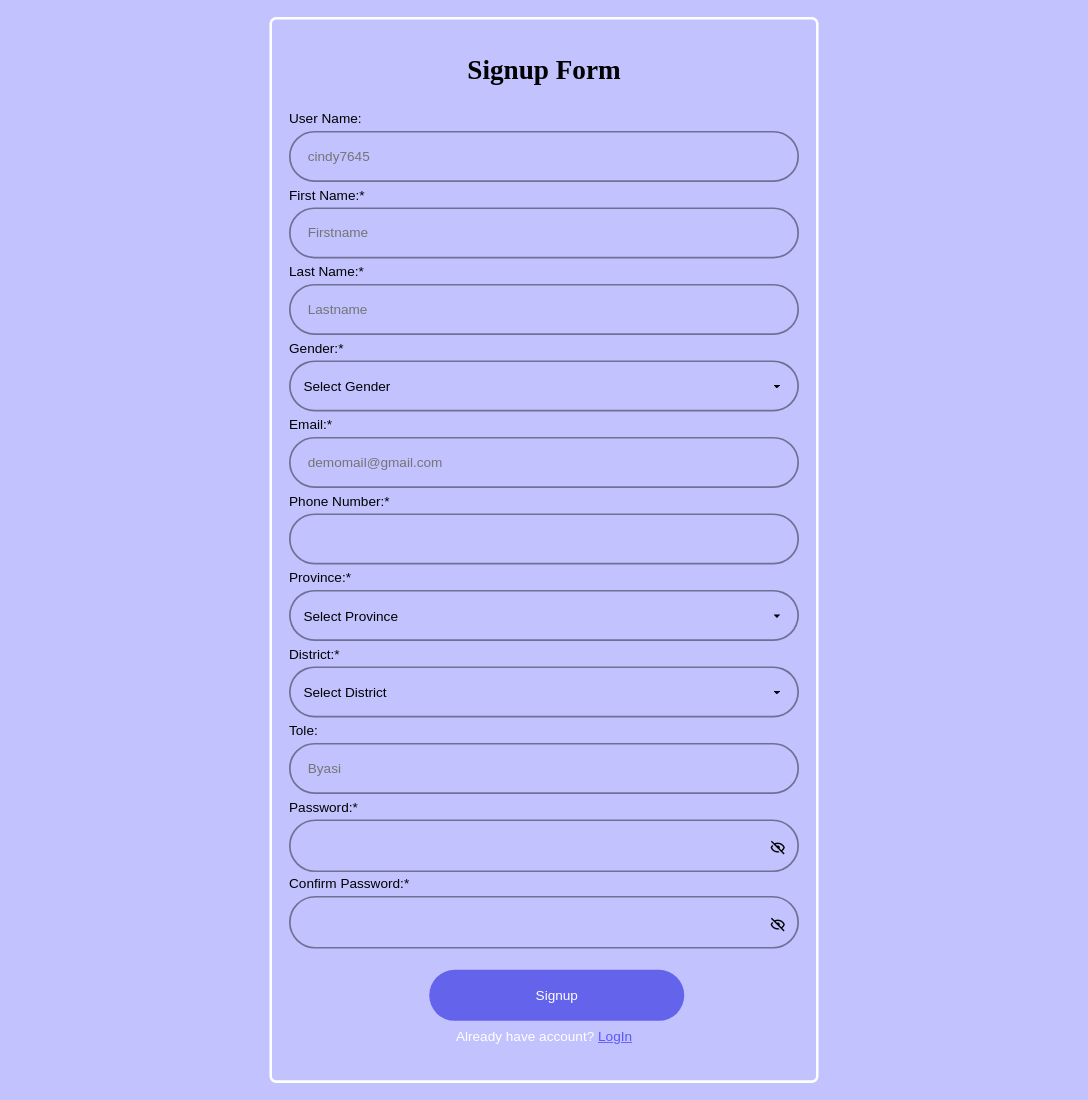
Repository: cindrellakoju/Animestore
Page: html css/signup.html
The author's editor kept a copy of each file at every save. The page is drawn from the files as they stood at one save, then again after the next save.
The browser window is 1280 px wide. The pictures show the whole page, at 85% of full size.

Above is the page before, as saved 2024-04-07 01:37:55.

### html css/signup.html
<!DOCTYPE html>
<html lang="en">
<head>
  <meta charset="UTF-8">
  <meta name="viewport" content="width=device-width, initial-scale=1.0">
  <title>Signup Page</title>
  <link href='https://unpkg.com/boxicons@2.1.4/css/boxicons.min.css' rel='stylesheet'>
  <link rel="stylesheet" href="signup.css">
</head>
<body>
  <div class="container">
    <h1>Signup Form</h1>
    <form>
      <div class="signupform">
        <label for="username">User Name:</label>
        <input type="text" id="username" name="username" placeholder="cindy7645">
      </div>
      <div class="signupform">
        <label for="firstname">First Name:<span class="required">*</span></label>
        <input type="text" id="firstname" name="firstname" placeholder="Firstname">
      </div>
      <div class="signupform">
        <label for="lastname">Last Name:<span class="required">*</span></label>
        <input type="text" id="lastname" name="lastname" placeholder="Lastname" required>
      </div>
      <div class="signupform">
        <label for="gender">Gender:<span class="required">*</span></label>
        <div class="custom-select">
            <select id="gender" name="gender" required>
                <option value="">Select Gender</option>
                <option value="male">Male</option>
                <option value="female">Female</option>
                <option value="other">Other</option>
            </select>
        </div>
    </div>

      <div class="signupform">
        <label for="email">Email:<span class="required">*</span></label>
        <input type="email" id="email" name="email" placeholder="demomail@gmail.com" required>
      </div>
      <div class="signupform">
        <label for="phone">Phone Number:<span class="required">*</span></label>
        <input type="text" id="phone" name="phone" required>
      </div>
      <div class="signupform">
        <label for="province">Province:<span class="required">*</span></label>
        <div class="custom-select">
          <select id="province" name="province" onchange="populateDistricts()" required>
            <option value="">Select Province</option>
            <option value="1">Province 1</option>
            <option value="2">Province 2</option>
            <option value="3">Bagmati Province</option>
            <option value="4">Gandaki Province</option>
            <option value="5">Lumbini Province</option>
            <option value="6">Karnali Province</option>
            <option value="7">Sudurpashchim Province</option>
          </select>
        </div>
      </div>
      <div class="signupform">
        <label for="district">District:<span class="required">*</span></label>
        <div class="custom-select">
            <select id="district" name="district" required>
                <option value="">Select District</option>
            </select>
        </div>
      </div>

      <div class="signupform">
        <label for="tole">Tole:</label>
        <input type="text" id="tole" name="tole" placeholder="Byasi" required>
      </div>
      <div class="signupform">
        <label for="password">Password:<span class="required">*</span></label>
        <div class="password-input-container">
            <input type="password" spellcheck="false" id="password" name="password" required>
            <i class='bx bx-hide toggle' id="passwordToggle"></i>
        </div>
    </div>

    <div class="signupform">
        <label for="confirmpassword">Confirm Password:<span class="required">*</span></label>
        <div class="password-input-container">
            <input type="password" spellcheck="false" id="confirmpassword" name="confirmpassword" required>
            <i class='bx bx-hide toggle' id="confirmPasswordToggle"></i>
        </div>
    </div>

      <div class="signupform">
        <button type="submit">Signup</button>
      </div>
    <h4>Already have account?  <a href="login.html">LogIn</a></h4>
    </form>
  </div>
  <script>
    function populateDistricts() {
      var provinceSelect = document.getElementById("province");
      var districtSelect = document.getElementById("district");

      // Clear existing options
      districtSelect.innerHTML = "";

      // Add default option
      var defaultOption = document.createElement("option");
      defaultOption.text = "Select District";
      districtSelect.add(defaultOption);

      // Get selected province
      var selectedProvince = provinceSelect.value;

      // Add districts based on selected province
      switch (selectedProvince) {
        case "1":
          addDistrict("Bhojpur");
          addDistrict("Dhankuta");
          addDistrict("Ilam");
          addDistrict("Jhapa");
          addDistrict("Khotang");
          break;
        case "2":
          addDistrict("Saptari");
          addDistrict("Siraha");
          addDistrict("Dhanusha");
          addDistrict("Mahottari");
          addDistrict("Sarlahi");
          break;
        case "3":
          addDistrict("Kathmandu");
          addDistrict("Lalitpur");
          addDistrict("Bhaktapur");
          addDistrict("Kavrepalanchok");
          addDistrict("Nuwakot");
          break;
        case "4":
          addDistrict("Gorkha");
          addDistrict("Lamjung");
          addDistrict("Tanahun");
          addDistrict("Manang");
          addDistrict("Mustang");
          break;
        case "5":
          addDistrict("Rupandehi");
          addDistrict("Kapilvastu");
          addDistrict("Nawalparasi");
          addDistrict("Arghakhanchi");
          addDistrict("Gulmi");
          break;
        case "6":
          addDistrict("Jumla");
          addDistrict("Kalikot");
          addDistrict("Surkhet");
          addDistrict("Dailekh");
          addDistrict("Jajarkot");
          break;
        case "7":
          addDistrict("Kailali");
          addDistrict("Kanchanpur");
          addDistrict("Dadeldhura");
          addDistrict("Darchula");
          addDistrict("Baitadi");
          break;
        default:
          break;
      }
    }

    function addDistrict(districtName) {
      var districtSelect = document.getElementById("district");
      var option = document.createElement("option");
      option.text = districtName;
      districtSelect.add(option);
    }

    document.addEventListener("DOMContentLoaded", function() {
    const passwordToggle = document.getElementById("passwordToggle");
    const confirmPasswordToggle = document.getElementById("confirmPasswordToggle");
    const passwordInput = document.getElementById("password");
    const confirmPasswordInput = document.getElementById("confirmpassword");

    passwordToggle.addEventListener("click", () => {
        if (passwordInput.type === "password") {
            passwordInput.type = "text";
            passwordToggle.classList.replace("bx-hide", "bx-show");
        } else {
            passwordInput.type = "password";
            passwordToggle.classList.replace("bx-show", "bx-hide");
        }
    });

    confirmPasswordToggle.addEventListener("click", () => {
        if (confirmPasswordInput.type === "password") {
            confirmPasswordInput.type = "text";
            confirmPasswordToggle.classList.replace("bx-hide", "bx-show");
        } else {
            confirmPasswordInput.type = "password";
            confirmPasswordToggle.classList.replace("bx-show", "bx-hide");
        }
      });
    });


  </script>
</body>
</html>

### html css/signup.css
/* General Styles */
body {
    font-family: Arial, sans-serif;
    margin: 0;
    padding: 20px;
    /* background-color: #f4f4f4; */
    min-height: 100vh;
    background-color: rgb(194, 194, 255);
  }

  .container {
    max-width: 600px;
    margin: 0 auto;
    /* background: #fff; */
    padding: 20px;
    border-radius: 8px;
    /* box-shadow: 0 2px 5px rgba(0, 0, 0, 0.1); */
    border: 3px solid white ;
  }

  h1 {
    font-size: 36;
    text-align: center;
    font-family: 'Times New Roman', Times, serif;
  }

  .signupform {
  position: relative;
  width: 100%;
  height: 60px;
  margin: 30px 0;
  justify-content: center;
  }

  label {
    display: block;
    margin-bottom: 5px;
    position: relative;
  }
  .label-text {
      display: inline-block;
  }

  .label-text .required {
  color: red;
  font-weight: bold;
  margin-left: 5px;
  }

  input[type="text"],
  input[type="email"],
  select,
  input[type="password"] {
  width: 100%;
  padding: 20px 45px 20px 20px;
  height: 100%;
  border: none;
  outline: none;
  background: transparent ;
  border: 2px solid rgba(0, 0, 0, 0.422);
  font-size: 16px;
  border-radius: 40px;
  box-sizing: border-box;
  }
  /* Dark border and label color on hover */
  .signupform input:hover,
  .signupform input:focus {
  border-color: #333; /* Dark border color on hover and focus */
  }

  /* Default styling for select box */
  .custom-select {
    position: relative;
    width: 100%;
    height: 100%;
  }

  .custom-select select {
    appearance: none; /* Remove default arrow in Firefox */
    -webkit-appearance: none; /* Remove default arrow in WebKit/Blink */
    -moz-appearance: none; /* Remove default arrow in older Firefox */
    padding: 15px; /* Adjust as needed */
    border: 2px solid rgba(0, 0, 0, 0.422);
    border-radius: 40px;
    background-color: transparent;
    cursor: pointer;
    width: 100%;
    font-size: 16px;
    box-sizing: border-box;
    outline: none; /* Remove focus outline */
    /* Use a custom arrow as background */
    background-image: url('data:[embedded picture, 163 characters]');
    background-repeat: no-repeat;
    background-position: calc(100% - 20px) center; /* Move arrow to the right */
    padding-right: 25px; /* Space for arrow */
  }

  /* Hover effect for custom arrow */
  .custom-select:hover select {
    border-color: #333; /* Change border color on hover */
  }

  /* Additional styles for select box */
  .custom-select select:focus {
    border-color: #333; /* Change border color on focus */
  }

  .custom-select select:disabled {
    opacity: 0.5; /* Dim select box when disabled */
    pointer-events: none;
  }

  .password-input-container {
    position: relative;
  }


  .password-input-container i{
    position: absolute;
    top: 295%;
    right: 5px;
    left: 15px;
    transform: translateY(-50%);
    cursor: pointer;
    font-size: 20px;
    margin-left: 550px;
    margin-top: -150px;
  }

  button[type="submit"] {
    background-color: rgba(55, 55, 228, 0.678);
    color: white;
    width: 50%;
    height: 100%;
    padding: 10px 20px;
    border: none;
    border-radius: 40px;
    cursor: pointer;
    font-size: 16px;
    margin-top: 20px;
    margin-left: 165px;
  }

  button[type="submit"]:hover {
    background-color: rgb(33, 33, 232);
    text-decoration: underline;
  }

  h4{
    color: white;
    font-weight: 500;
    text-align: center;
    margin-top: 20px;
    /* margin-left: 185px; */
  }

  h4 a{
    color: rgb(88, 88, 255);
  }

  h4 a:hover{
    color: rgb(35, 35, 251);
  }
  /* Icon ko milako */
  .icon-box {
    display: flex;
    flex-direction: column;
  }

  /* Tooltip */
  .tooltip {
    position: absolute;
    top: 50%;
    right: calc(100% + 10px);
    transform: translateY(-50%);
    background-color: #333;
    color: white;
    padding: 5px 10px;
    border-radius: 5px;
    opacity: 0;
    transition: opacity 0.3s ease;
    pointer-events: none;
  }

After the next save:
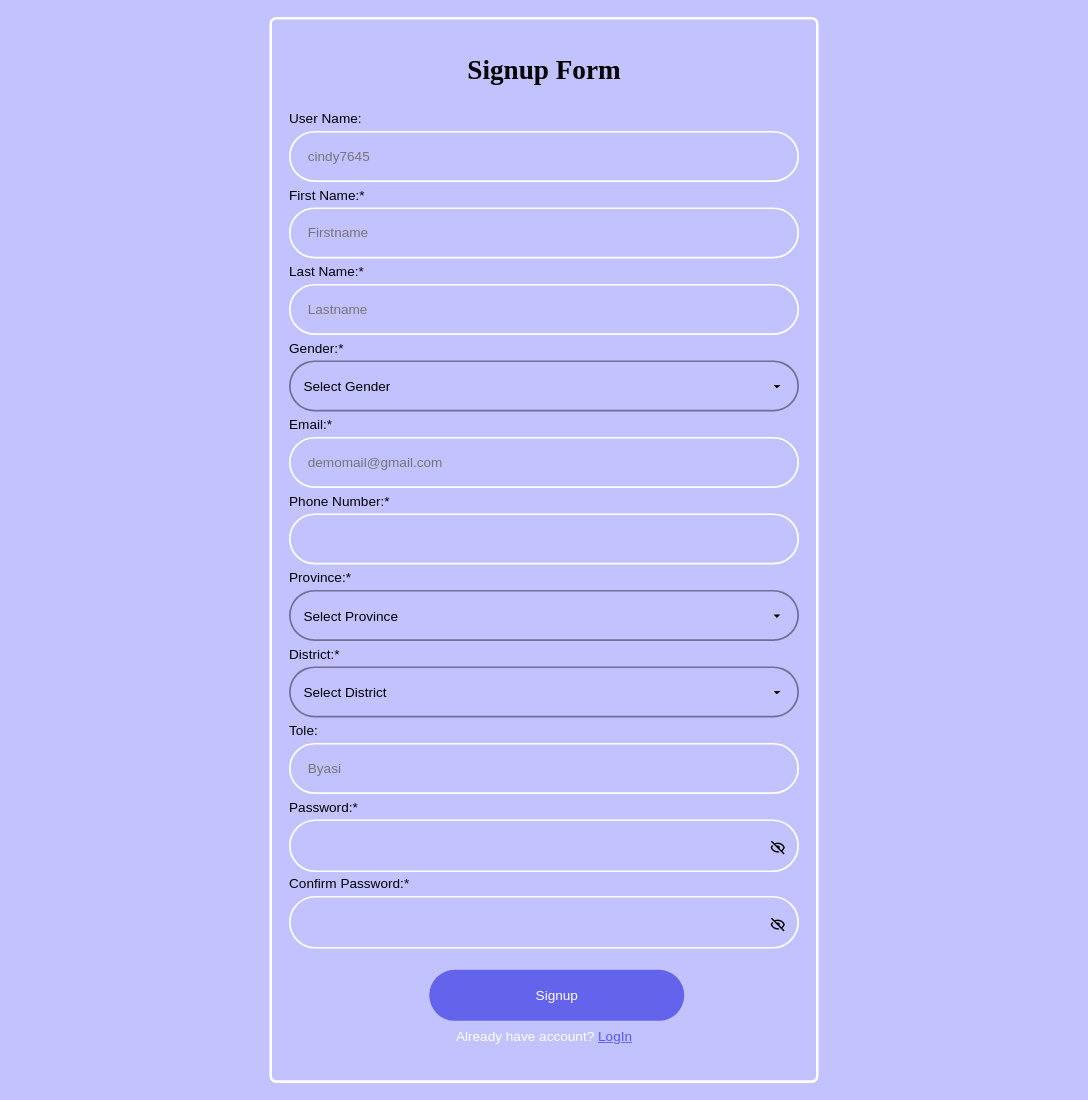
Saved 17 s later.
--- a/html css/signup.css
+++ b/html css/signup.css
@@ -57,7 +57,7 @@
   border: none;
   outline: none;
   background: transparent ;
-  border: 2px solid rgba(0, 0, 0, 0.422);
+  border: 2px solid white;
   font-size: 16px;
   border-radius: 40px;
   box-sizing: border-box;
